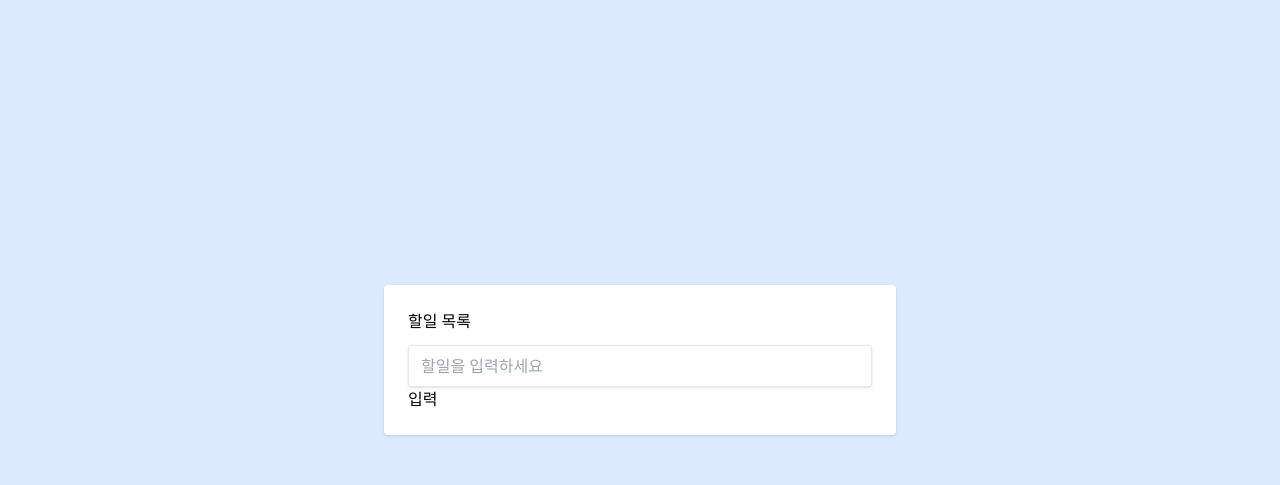
Repository: siwon9898/react-learn
Page: /
These files come from the project's save history. The page is drawn as it stood at one moment and after the next save; the edit follows.
The browser window is 1280 px wide. The pictures show the whole page.
The project was rebuilt for these pictures with package versions that can differ from the ones it lists, and the page was loaded fresh each time. Also part of the build but not shown: src/index.css.

Above is the page before, as saved 2023-03-30 13:14:27.

### public/index.html
<!-- 페이지 템플릿 -->
<!DOCTYPE html>
<html lang="en">
  <head>
    <meta charset="utf-8" />
    <link rel="icon" href="%PUBLIC_URL%/favicon.ico" />
    <meta name="viewport" content="width=device-width, initial-scale=1" />
    <meta name="theme-color" content="#000000" />
    <meta
      name="description"
      content="Web site created using create-react-app"
    />
    <link rel="apple-touch-icon" href="%PUBLIC_URL%/logo192.png" />
    <!--
      manifest.json provides metadata used when your web app is installed on a
      user's mobile device or desktop. See https://developers.google.com/web/fundamentals/web-app-manifest/
    -->
    <link rel="manifest" href="%PUBLIC_URL%/manifest.json" />
    <!--
      Notice the use of %PUBLIC_URL% in the tags above.
      It will be replaced with the URL of the `public` folder during the build.
      Only files inside the `public` folder can be referenced from the HTML.

      Unlike "/favicon.ico" or "favicon.ico", "%PUBLIC_URL%/favicon.ico" will
      work correctly both with client-side routing and a non-root public URL.
      Learn how to configure a non-root public URL by running `npm run build`.
    -->
    <title>React App</title>
  </head>
  <body>
    <noscript>You need to enable JavaScript to run this app.</noscript>
    <div id="root"></div>
    <!--
      This HTML file is a template.
      If you open it directly in the browser, you will see an empty page.

      You can add webfonts, meta tags, or analytics to this file.
      The build step will place the bundled scripts into the <body> tag.

      To begin the development, run `npm start` or `yarn start`.
      To create a production bundle, use `npm run build` or `yarn build`.
    -->
  </body>
</html>

### src/index.js
//js 시작점
import React from 'react';
import ReactDOM from 'react-dom/client';
import './index.css';
import App from './App';
import reportWebVitals from './reportWebVitals';

const root = ReactDOM.createRoot(document.getElementById('root'));
root.render(
  <React.StrictMode>
    <App />
  </React.StrictMode>
);

// If you want to start measuring performance in your app, pass a function
// to log results (for example: reportWebVitals(console.log))
// or send to an analytics endpoint. Learn more: https://bit.ly/CRA-vitals
reportWebVitals();

### src/App.js
import React from "react";
import { useState } from "react";
import "./App.css";
import List from "./components/List";
import Form from "./components/Form";
// export default class App extends Component {
//   btnStyle = {
//     color: "#fff",
//     border: "none",
//     padding: "5px 9px",
//     borderRadius: "50%",
//     cursor: "pointer",
//     float: "right",
//   };

//   getStyle = (completed) => {
//     return {
//       padding: "10px",
//       borderBottom: "1px #ccc dotted",
//       textDecoration: completed ? "line-through" : "none",
//     };
//   };

//   state = {
//     todoData: [],
//     value: "",
//   };

//   handleClick = (id) => {
//     let newTodoData = this.state.todoData.filter((data) => data.id !== id);
//     this.setState({ todoData: newTodoData });
//   };

//   handleChange = (e) => {
//     this.setState({ value: e.target.value });
//   };

//   handleSubmit = (e) => {
//     e.preventDefault(); //form안에서 input 전송(submit)할때 reload 막아줌

//     //새로운 할일 데이터
//     let newTodo = {
//       id: Date.now(),
//       title: this.state.value,
//       completed: false,
//     };
//     //원래있던 할일에 새로운 할일 추가해줌
//     this.setState({ todoData: [...this.state.todoData, newTodo], value: "" });
//   };

//   handleCompleteChange = (id) => {
//     let newTodo = this.state.todoData.map((data) => {
//       if (data.id === id) {
//         data.completed = !data.completed;
//       }
//       return data;
//     });

//     this.setState({ todoData: newTodo });
//   };
//   render() {
//     return (
//       <div className="container">
//         <div className="todoBlock">
//           <div className="title">
//             <h1>할일 목록</h1>
//           </div>
//           {/* map은 배열 요소를 함수를 거쳐 새로운 배열을 반환해준다 */}
//           {this.state.todoData.map((data) => (
//             <div style={this.getStyle(data.completed)} key={data.id}>
//               {/* 여러개의 객체를 넣을때는 unique한 key prop이 있어야함 */}
//               <input
//                 type="checkbox"
//                 defaultChecked={false}
//                 onChange={() => this.handleCompleteChange(data.id)}
//               />
//               {data.title}
//               {/* 중괄호로 넣어야 실제 데이터가 들어감 */}
//               <button
//                 style={this.btnStyle}
//                 onClick={() => this.handleClick(data.id)}
//               >
//                 X
//               </button>
//             </div>
//           ))}

//           <form style={{ display: "flex" }} onSubmit={this.handleSubmit}>
//             <input
//               type="text"
//               name="value"
//               placeholder="할일을 입력하세요"
//               style={{ flex: "10", padding: "5px" }}
//               value={this.state.value}
//               onChange={this.handleChange}
//             />
//             <input
//               type="submit"
//               value="입력"
//               className="btn"
//               style={{ flex: "1" }}
//             />
//           </form>
//         </div>
//       </div>
//     );
//   }
// }

export default function App() {
  const [TodoData, setTodoData] = useState([]);
  const [value, setValue] = useState("");
  const handleSubmit = (e) => {
    e.preventDefault();

    let newTodo = {
      id: Date.now(),
      title: value,
      complete: false,
    };
    setTodoData((prev) => [...prev, newTodo]);
    setValue("");
  };
  return (
    <div className="flex items-center justify-center w-screen h-screen bg-blue-100">
      <div className="w-full p-6 m-4 bg-white rounded shadow lg:w-3/4 lg:max-w-lg">
        <div className="flex justify-between mb-3">
          <h1>할일 목록</h1>
        </div>
        {/* tododata state는여러개의 컴포넌트에서 쓰기때문에 state자체를 옮기기보다는 props로 내려주는것이 적합 */}
        <List TodoData={TodoData} setTodoData={setTodoData} />
        <Form handleSubmit={handleSubmit} value={value} setValue={setValue} />
      </div>
    </div>
  );
}

### src/components/List.js
import React from "react";

export default function List({ TodoData, setTodoData }) {
  const handleCompleteChange = (id) => {
    let newTodo = TodoData.map((data) => {
      if (data.id === id) {
        data.complete = !data.complete;
      }
      return data;
    });
    setTodoData(newTodo);
  };

  const handleClick = (id) => {
    let newTodoData = TodoData.filter((data) => data.id !== id);
    setTodoData(newTodoData);
  };

  return (
    <div>
      {TodoData.map((data) => (
        <div key={data.id}>
          <input
            type="checkbox"
            defaultChecked={false}
            onChange={() => handleCompleteChange(data.id)}
          />
          {data.title}
          <button onClick={() => handleClick(data.id)}>X</button>
        </div>
      ))}
    </div>
  );
}

### src/components/Form.js
import React from "react";

export default function Form({ handleSubmit, value, setValue }) {
  const handleChange = (e) => {
    setValue(e.target.value);
  };

  return (
    <form onSubmit={handleSubmit}>
      <input
        className="w-full px-3 py-2 mr-4 text-gray-500 border rounded shadow"
        type="text"
        name="value"
        placeholder="할일을 입력하세요"
        value={value}
        onChange={handleChange}
      />
      <input type="submit" value="입력" />
    </form>
  );
}

Loaded but not shown: src/reportWebVitals.js (common file); src/App.css (common file); tailwind.config.js (common file)

After the next save:
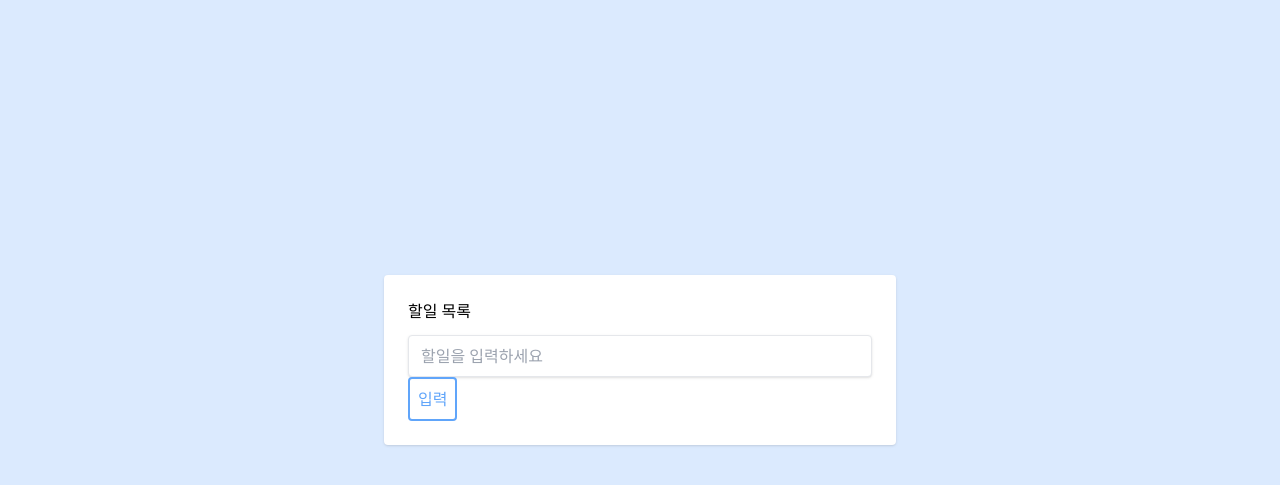
Saved 64 s later.
--- a/src/components/Form.js
+++ b/src/components/Form.js
@@ -15,7 +15,11 @@ export default function Form({ handleSubmit, value, setValue }) {
         value={value}
         onChange={handleChange}
       />
-      <input type="submit" value="입력" />
+      <input
+        className="p-2 text-blue-400 border-2 border-blue-400 rounded hover:text-white hover:bg-blue-200"
+        type="submit"
+        value="입력"
+      />
     </form>
   );
 }
